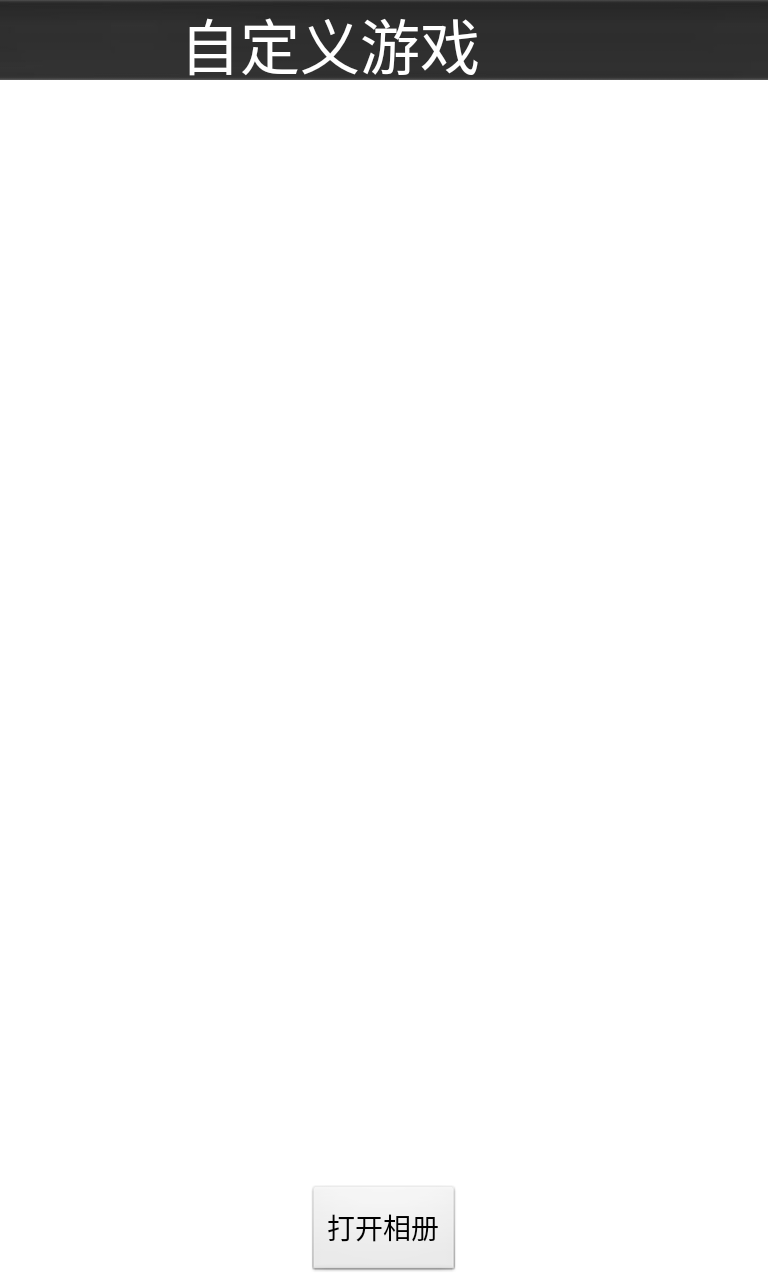
Repository: hosle/gad2
Layout: Pintu/res/layout/activity_personal_game.xml
The author's editor kept a copy of each file at every save. The layout is drawn from the files as they stood at one save, then again after the next save.
It is drawn on a 768 x 1280 px phone screen (xhdpi) without system bars, with theme AppTheme; the app's code is not run. Lists and similar views that code fills are empty.

Above is the layout before, as saved 2015-06-26 09:03:33.

### Pintu/res/layout/activity_personal_game.xml
<?xml version="1.0" encoding="utf-8"?>
<LinearLayout xmlns:android="http://schemas.android.com/apk/res/android"
    android:layout_width="fill_parent"
    android:layout_height="fill_parent"
    android:background="#ffffffff"
    android:gravity="center_horizontal"
    android:orientation="vertical" >

    <LinearLayout
        android:layout_width="fill_parent"
        android:layout_height="40dp"
        android:layout_centerHorizontal="true"
        android:gravity="center_horizontal"
        android:background="@drawable/xxhpintu_game_dir"
        android:orientation="horizontal" >
	    <TextView
	        android:id="@+id/time"
	        android:layout_width="match_parent"
	        android:layout_height="wrap_content"
	        android:layout_marginLeft="90dp"
	        android:text="自定义游戏"
	        android:textColor="#ffffffff"
	        android:textSize="30sp" />
    </LinearLayout>

    <LinearLayout
        android:layout_width="fill_parent"
        android:layout_height="wrap_content"
        android:layout_marginTop="20dp"
        android:gravity="center_horizontal"
        android:orientation="horizontal" >

        <ListView
            android:id="@+id/game_info"
            android:layout_width="match_parent"
            android:layout_height="270dp" >

        </ListView>

    </LinearLayout>

    <LinearLayout
        android:layout_width="fill_parent"
        android:layout_height="wrap_content"
        android:layout_marginTop="10dp"
        android:gravity="center_horizontal"
        android:orientation="horizontal" >
    </LinearLayout>

    <LinearLayout
        android:layout_width="fill_parent"
        android:layout_height="90dp"
        android:layout_marginTop="10dp"
        android:gravity="center_horizontal" >
    </LinearLayout>

    <RelativeLayout
        android:layout_width="match_parent"
        android:layout_height="40dp"
        android:layout_weight="0.55" >
    </RelativeLayout>

    <Button
        android:id="@+id/selectimagebnt_game"
        android:layout_width="wrap_content"
        android:layout_height="wrap_content"
        android:text="打开相册" />

</LinearLayout>

Loaded but not shown: Pintu/res/values/styles.xml (common file)

After the next save:
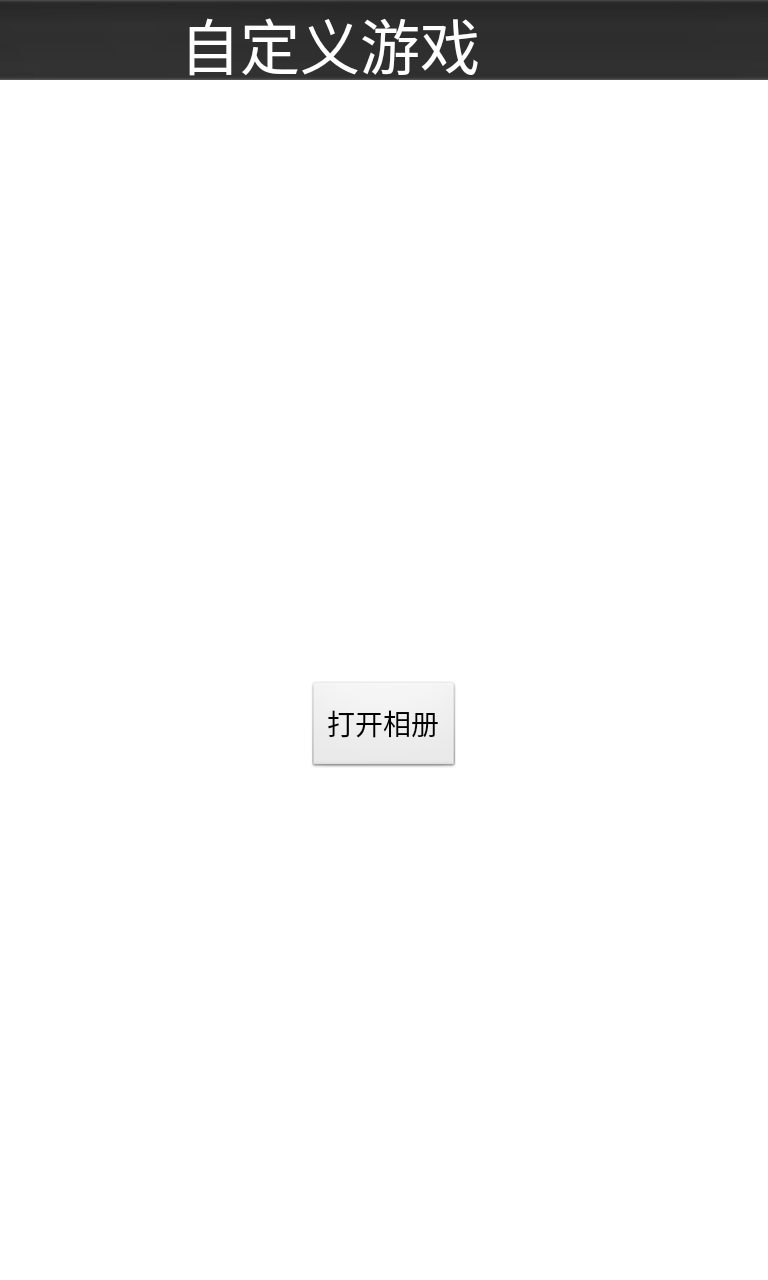
Saved 64 s later.
--- a/Pintu/res/layout/activity_personal_game.xml
+++ b/Pintu/res/layout/activity_personal_game.xml
@@ -47,18 +47,6 @@
         android:orientation="horizontal" >
     </LinearLayout>
 
-    <LinearLayout
-        android:layout_width="fill_parent"
-        android:layout_height="90dp"
-        android:layout_marginTop="10dp"
-        android:gravity="center_horizontal" >
-    </LinearLayout>
-
-    <RelativeLayout
-        android:layout_width="match_parent"
-        android:layout_height="40dp"
-        android:layout_weight="0.55" >
-    </RelativeLayout>
 
     <Button
         android:id="@+id/selectimagebnt_game"
